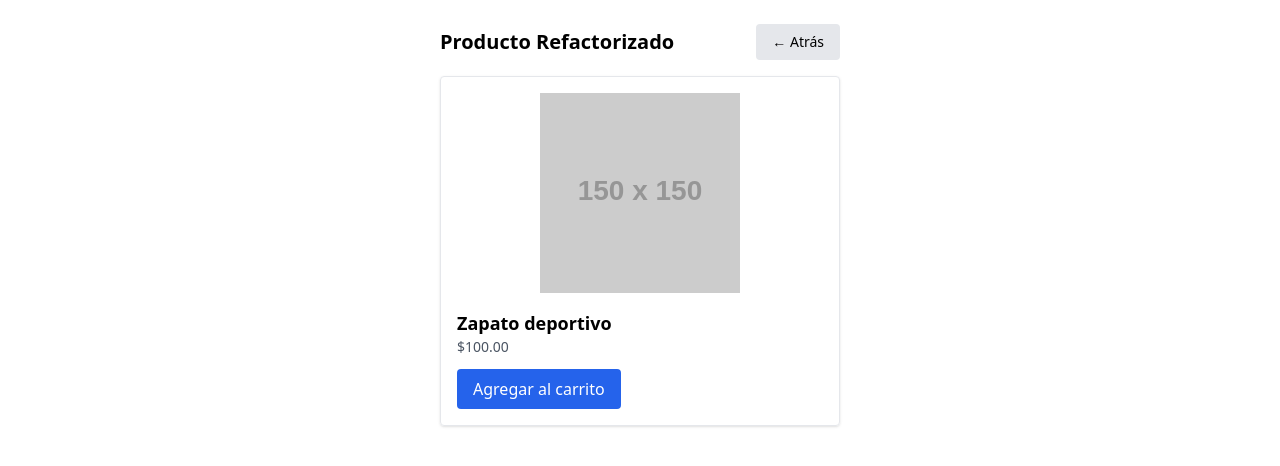
Repository: dienton82/nextjs-multifetch-demo
Page: /prueba-refactor
These files come from the project's save history. The page is drawn as it stood at one moment and after the next save; the edit follows.
The browser window is 1280 px wide. The pictures show the whole page.
The project was rebuilt for these pictures with package versions that can differ from the ones it lists, and the page was loaded fresh each time. The framework's server and built-in components were replaced by stand-ins that run in the browser. Also part of the build but not shown: next.config.js.

Above is the page before, as saved 2025-05-28 04:26:58.

After the next save:
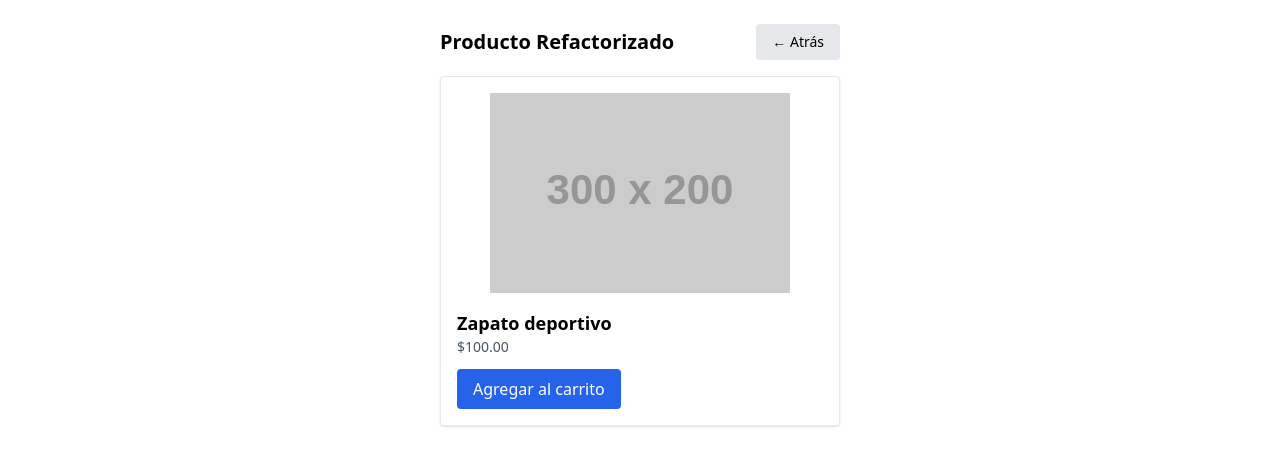
Saved 90 s later.
--- a/pages/prueba-refactor.tsx
+++ b/pages/prueba-refactor.tsx
@@ -21,7 +21,7 @@
       <ProductoCard
         nombre="Zapato deportivo"
         precio={100}
-        imagen="https://via.placeholder.com/150"
+        imagen="https://placehold.co/300x200"
         onAgregar={() => alert("Producto agregado")}
       />
     </div>
